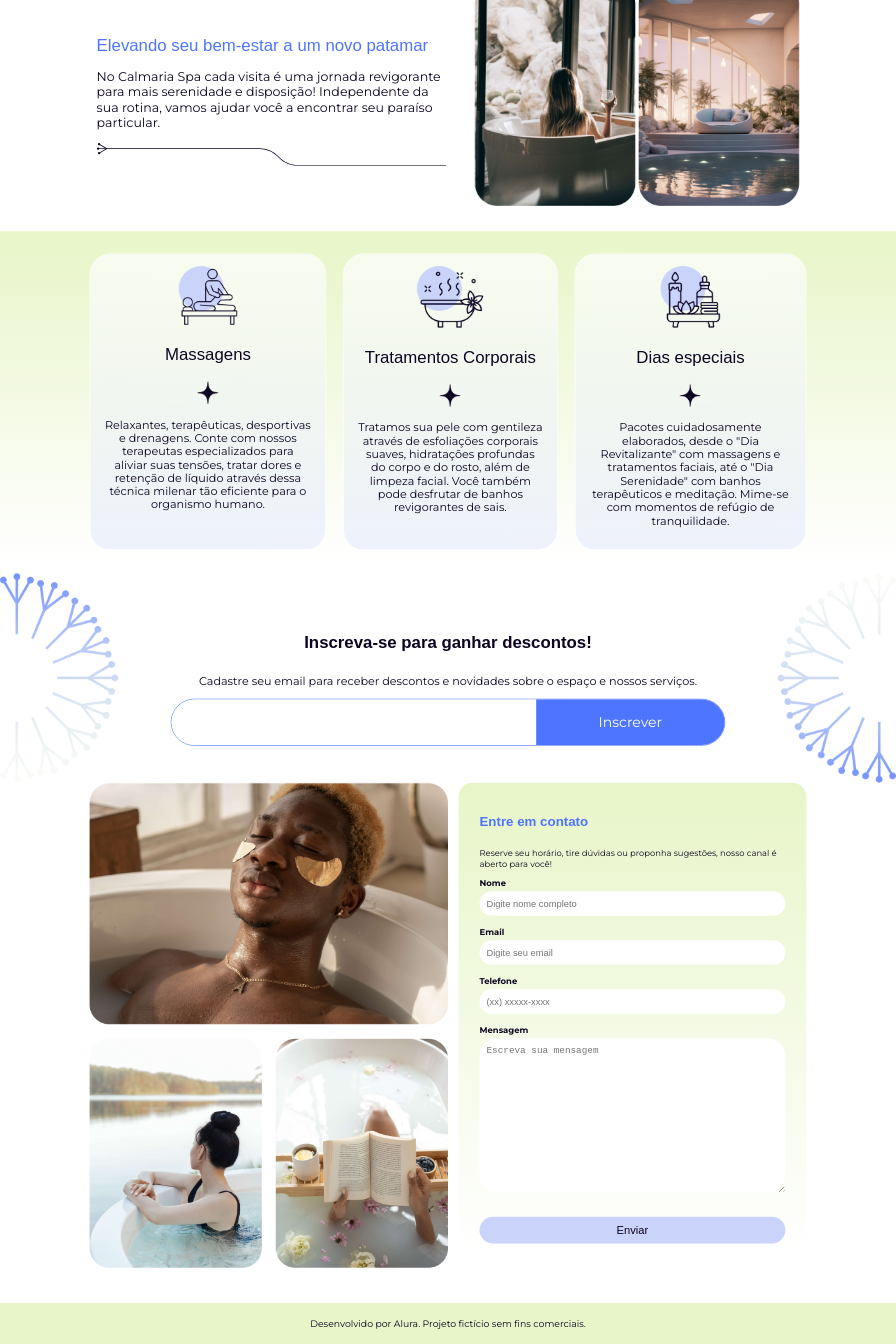
Repository: joaoPraiaJunior/curso-sass
Page: index.html
An editor plug-in stored every save of this project. The page is shown before and after the next save, followed by the edit.
The browser window is 1280 px wide. The pictures show the part of the page from y = 1266 to 3186 px (the page is 3186 px tall), at 70% of full size.
Some web fonts or font styles are not loaded; a fallback is used. The style sheet was rebuilt from its Sass, Less or Tailwind sources for each picture, by a compiler version that may differ from the author's.

Above is the page before, as saved 2024-07-06 19:54:42.

### index.html
<!DOCTYPE html>
<html lang="pt-BR">

<head>
    <meta charset="UTF-8">
    <meta name="viewport" content="width=device-width, initial-scale=1.0">
    <link rel="stylesheet" href="/styles/styles.css">
    <link rel="preconnect" href="https://fonts.googleapis.com">
    <link rel="preconnect" href="https://fonts.gstatic.com" crossorigin>
    <link href="https://fonts.googleapis.com/css2?family=Krona+One&family=Montserrat:wght@400;600;700&display=swap" rel="stylesheet">
    <title>Calmaria</title>
</head>

<body>
    <header>
        <img src="./assets/logo.png" alt="logo">
        <nav>
            <ul>
                <li><a href="#nosso-espaco">Nosso espaço</a></li>
                <li><a href="#servico">Servicos</a></li>
                <li><a href="#contatos">Contato</a></li>
            </ul>
        </nav>
    </header>
    <main>
        <section id="home">
            <div class="home-conteudo">
                <div class="textos-home">
                    <h1>Boas-vindas ao seu refúgio de <span> paz e bem-estar</span></h1>
                    <button class="btn-main">Quero relaxar!</button>
                </div>
                <div class="img-home">
                    <img src="/assets/home-image.png" alt="Mulher de bruços recebendo massagem nas costas">
                </div>
            </div>
        </section>
        <section id="nosso-espaco">
            <div class="detalhes">
                <div class="imgs-espaco">
                    <img class="img-espaco" src="/assets/espaco-1.png" alt="Espaço iluminado pelo sol com design futurista composto por piscina e plantas">
                </div>
                <div class="espaco-textos">
                    <h2 class="titulo">Tecnologia e natureza potencializando seu relaxamento</h2>
                    <p class="infos">Oferecemos equipamentos de ponta, produtos certificados e uma equipe de
                        profissionais ultra qualificados para dissipar seu estresse e ajudar você na busca por
                        equilíbrio e tranquilidade.</p>
                    <img class="separador" src="./assets/separador-direita.svg" alt="separador de seções">
                </div>
            </div>
            <div class="detalhes">
                <div class="imgs-espaco">
                    <img class="img-espaco" src="/assets/espaco-2.png" alt="Mulher sentada numa banheira com uma taça na mão">
                    <img class="img-espaco" src="/assets/espaco-3.png" alt="Espaço com uma piscina e um sofá ao fundo">
                </div>
                <div class="espaco-textos">
                    <h2 class="titulo">Elevando seu bem-estar a um novo patamar</h2>
                    <p class="infos">No Calmaria Spa cada visita é uma jornada revigorante para mais serenidade e
                        disposição! Independente da sua rotina, vamos ajudar você a encontrar seu paraíso
                        particular.</p>
                    <img class="separador" src="./assets/separador-esquerda.svg" alt="separador de seções">
                </div>
            </div>
        </section>
        <section id="servico">

            <div class="cards">
                <div class="card">
                    <img src="/assets/icon-massagem.png" alt="Icone de massagem">
                    <h3 class="card-titulo">Massagens</h3>
                    <img src="./assets/Soft-Star.png" alt="soft star">
                    <p class="card-texto">Relaxantes, terapêuticas, desportivas e drenagens. Conte com nossos
                        terapeutas especializados para aliviar suas tensões, tratar dores e retenção de líquido
                        através
                        dessa técnica milenar tão eficiente para o organismo humano.</p>
                </div>
                <div class="card">
                    <img src="/assets/icon-tratamentos.png" alt="Icone de tratamento com figura de uma banheira">
                    <h3 class="card-titulo">Tratamentos Corporais</h3>
                    <img src="./assets/Soft-Star.png" alt="soft star">
                    <p class="card-texto">Tratamos sua pele com gentileza através de esfoliações corporais suaves,
                        hidratações profundas do corpo e do rosto, além de limpeza facial. Você também pode
                        desfrutar de
                        banhos revigorantes de sais.</p>
                </div>
                <div class="card">
                    <img src="/assets/icon-dias-especiais.png" alt="Icone de Dias especiais com figura de produtos">
                    <h3 class="card-titulo">Dias especiais</h3>
                    <img src="./assets/Soft-Star.png" alt="soft star">
                    <p class="card-texto">Pacotes cuidadosamente elaborados, desde o "Dia Revitalizante" com
                        massagens e tratamentos faciais, até o "Dia Serenidade" com banhos terapêuticos e meditação.
                        Mime-se com momentos de refúgio de tranquilidade.</p>
                </div>
            </div>

        </section>
        <section id="desconto">
            <img src="/assets/mandala-esquerda.png" alt="Mandala lado esquerdo">
            <div class="desconto-form">
                <h4>Inscreva-se para ganhar descontos!</h4>
                <p>Cadastre seu email para receber descontos e novidades sobre o espaço e nossos serviços.</p>
                <div class="input-btn">
                    <input type="email">
                    <button type="submit">Inscrever</button>
                </div>
            </div>
            <img src="/assets/mandala-direita.png" alt="Mandala lado direito">
        </section>
        <section id="contatos">
            <div class="contatos-imgs">
                <img src="/assets/contato-img-1.png" alt="Homem deitado em banheira">
                <img src="/assets/contato-img-2.png" alt="Mulher olhando para o horizonte dentro de uma banheira">
                <img src="/assets/contato-img-3.png" alt="Visão superior de um livro nas mãos de uma pessoa dentro de uma banheira">
            </div>
            <div class="contatos-form">
                <h4 class="titulo">Entre em contato</h4>
                <p class="infos">Reserve seu horário, tire dúvidas ou proponha sugestões, nosso canal é aberto para
                    você!</p>
                <form class="inputs">
                    <div class="form-group">
                        <label for="nomeContato">Nome</label>
                        <input type="text" id="nomeContato" placeholder="Digite nome completo">
                    </div>
                    <div class="form-group">
                        <label for="emailContato">Email</label>
                        <input type="email" id="emailContato" placeholder="Digite seu email">
                    </div>
                    <div class="form-group">
                        <label for="telefoneContato">Telefone</label>
                        <input type="text" id="telefoneContato" placeholder="(xx) xxxxx-xxxx">
                    </div>
                    <div class="form-group">
                        <label for="mensagemContato">Mensagem</label>
                        <textarea id="mensagemContato" placeholder="Escreva sua mensagem"></textarea>
                    </div>
                    <button class="btn">Enviar</button>
                </form>
            </div>
        </section>
    </main>
    <footer>
        <small>Desenvolvido por Alura. Projeto fictício sem fins comerciais.</small>
    </footer>
</body>

</html>

### styles/styles.scss
@use './abstract/root';

@use './components/header';
@use './components/home';
@use './components/nosso-espaco';
@use './components/servicos';
@use './components/desconto';
@use './components/contato';
@use './components/_footer.sass';

### styles/abstract/_root.scss
html {
  font-size: 62.5%;
}

body {
  font-size: 1.6rem;
  margin: 0;
  padding: 0;
  box-sizing: border-box;
}

### styles/components/_header.scss
@use "../abstract/variaveis";
@use "../abstract/mixins";

header {
  display: flex;
  flex-direction: column;
  align-items: center;
  gap: 1.6rem;
  background-color: variaveis.$cor-quaternaria;
  padding: 3.2rem;

  nav {
    border-top: 1px solid variaveis.$cor-primaria;
    width: 80%;

    ul {
      display: flex;
      justify-content: center;
      gap: 4.8rem;
      padding: 0;
      li {
        list-style-type: none;
        a {
            @include mixins.estilos-fontes(variaveis.$ft-textos, 2.2rem, variaveis.$cor-primaria);
          font-weight: 500;
          text-decoration: none;
          transition: all .1s ease-in-out;
          &:hover {
            font-weight: bolder;
          }
        }
      }
    }
  }
}

### styles/abstract/_variaveis.scss
//Variáveis
//Cores
$cor-primaria: #0C0421;
$cor-secundaria: #4e75ff;
$cor-terciaria: #85a0ff;
$cor-quaternaria: #E8F5C8;
$cor-default: #CAD4FA;
$gradiente-primario: linear-gradient(180deg, #E8F5C8 0%, #FFFFFF 96.87%);
$gradiente-secundario: linear-gradient(180deg, rgba(255, 255, 255, 0.7) 0%, rgba(202, 212, 250, 0.3) 100%);
//Fontes
$ft-textos: 'Montserrat', sans-serif;
$ft-titulos: 'Krona One', sans-serif;

### styles/abstract/_mixins.scss
@mixin margem-centralizada($width) {
    width: $width;
    margin: 0 auto;
}

@mixin estilos-fontes($font-family, $font-size, $font-color) {
    font-family: $font-family;
    font-size: $font-size;
    color: $font-color;
}

### styles/components/_home.scss
@use "../abstract/variaveis";
@use "../abstract/mixins";

#home {
  background: variaveis.$gradiente-primario;

  .home-conteudo {
    display: flex;
    align-items: center;
    @include mixins.margem-centralizada(80%);
    max-width: 1040px;
    .textos-home {
      max-width: 464px;
      h1 {
        font-family: variaveis.$ft-titulos;
        font-size: 4.2rem;
        color: variaveis.$cor-primaria;
        margin-bottom: 3.2rem;
        span {
          color: variaveis.$cor-secundaria;
        }
      }

      .btn-main {
        font-family: variaveis.$ft-textos;
        font-size: 2.2rem;
        font-weight: 600;
        color: variaveis.$cor-quaternaria;
        background-color: variaveis.$cor-secundaria;
        width: 28rem;
        border: none;
        padding: 2.4rem;
        border-radius: 40px;
        cursor: pointer;
        transition: all .3s ease-in-out;

        &:hover {
          color: variaveis.$cor-primaria;
          background-color: variaveis.$cor-default;
        }
      }
    }

    .img-home {
      max-width: 474px;
      img {
        width: 100%;
      }
    }
  }
}

### styles/components/_nosso-espaco.scss
@use "../abstract/variaveis";
@use "../abstract/mixins";

#nosso-espaco {
    @include mixins.margem-centralizada(80%);
    .detalhes {
        display: inline-flex;
        align-items: center;
        justify-content: space-around;
        gap: 2rem;
        width: 100%;
        padding: 3.2rem 0;
        .imgs-espaco {
            max-width: 500px;
        }

        .espaco-textos {
            @extend .imgs-espaco;
            .titulo {
                @include mixins.estilos-fontes(variaveis.$ft-titulos, 2.4rem, variaveis.$cor-secundaria);
                font-weight: 500;
            }

            .infos {
                @include mixins.estilos-fontes(variaveis.$ft-textos, 1.8rem, variaveis.$cor-primaria);
            }
            .separador {
                width: 100%;
            }
        }
        &:nth-child(2) {
            flex-direction: row-reverse;
        }
    }
}

### styles/components/_servicos.scss
@use "../abstract/variaveis";
@use "../abstract/mixins";

#servico {
    background: variaveis.$gradiente-primario;

    .cards {
        display: flex;
        gap: 2.4rem;
        @include mixins.margem-centralizada(80%);
        padding: 3.2rem 0;

        .card {
            background: variaveis.$gradiente-secundario;
            text-align: center;
            border: 1px solid #fff;
            padding: 1.6rem 2rem;
            border-radius: 3rem;

            &-titulo {
                @include mixins.estilos-fontes(variaveis.$ft-titulos, 2.4rem, variaveis.$cor-primaria);
                font-weight: 500;
            }
            &-texto {
                @include mixins.estilos-fontes(variaveis.$ft-textos, 1.6rem, variaveis.$cor-primaria);
            }
        }
    }
}

### styles/components/_desconto.scss
@use "../abstract/variaveis";
@use "../abstract/mixins";

#desconto {
  display: flex;
  align-items: center;
  justify-content: space-between;
  text-align: center;

  h4 {
    @include mixins.estilos-fontes(
      variaveis.$ft-titulos,
      2.4rem,
      variaveis.$cor-primaria
    );
  }
  p {
    @include mixins.estilos-fontes(
      variaveis.$ft-textos,
      1.6rem,
      variaveis.$cor-primaria
    );
  }

  .input-btn {
    display: inline-flex;
    $largura-input: 790px;
    width: $largura-input;
    height: 65px;
    margin: 0 auto;
    border: 1px solid variaveis.$cor-secundaria;
    border-radius: 65px;

    input {
        @include mixins.estilos-fontes(variaveis.$ft-textos, 1.6rem, variaveis.$cor-primaria);
        width: calc($largura-input  * 0.65);
        border: none;
        padding-left: 2rem;
        border-radius: 65px 0 0 65px;
        outline: none;
    }
    button {
        background-color: variaveis.$cor-secundaria;
        @include mixins.estilos-fontes(variaveis.$ft-textos, 2rem, #fff);
        width: calc($largura-input  * 0.35);
        border: none;
        border-radius: 0 65px 65px 0;
        cursor: pointer;
    }
  }
}

### styles/components/_contato.scss
@use "../abstract/variaveis";
@use "../abstract/mixins";

#contatos {
  display: flex;
  justify-content: space-between;
  gap: 1.5rem;
  @include mixins.margem-centralizada(80%);

  .contatos-imgs {
    display: flex;
    justify-content: space-around;
    flex-direction: row;
    flex-wrap: wrap;
    gap: 2rem;
    max-width: 50%;
    img {
      width: 100%;

      &:nth-child(n + 2) {
        width: 48%;
      }
    }
  }

  .contatos-form {
    background: variaveis.$gradiente-primario;
    max-width: 50%;
    padding: 2rem 3rem;
    border-radius: 2rem;
    .titulo {
      @include mixins.estilos-fontes(
        variaveis.$ft-titulos,
        1.9rem,
        variaveis.$cor-secundaria
      );
    }
    .infos {
      @include mixins.estilos-fontes(
        variaveis.$ft-textos,
        1.2rem,
        variaveis.$cor-primaria
      );
    }

    .inputs {
      display: flex;
      flex-direction: column;
      align-items: flex-start;
      gap: 1.5rem;
      .form-group {
        display: flex;
        flex-direction: column;
        gap: 0.5rem;
        width: 100%;
        label {
          @extend .infos;
          font-weight: bolder;
        }

        input {
          border: none;
          padding: 1rem;
          border-radius: 25px;
          outline-color: variaveis.$cor-secundaria;
        }

        textarea {
          height: 200px;
          @extend input;
        }
      }

      .btn {
        font-size: 1.6rem;
        color: variaveis.$cor-primaria;
        background: variaveis.$cor-default;
        width: 100%;
        margin-top: 2rem;
        border: none;
        padding: 1rem;
        border-radius: 25px;
        transition: 0.3s;
        cursor: pointer;
        &:hover {
          color: #fff;
          background: variaveis.$cor-secundaria;
        }
      }
    }
  }
}

### styles/components/_footer.sass
@use '../abstract/variaveis'
@use '../abstract/mixins'

footer
    @include mixins.estilos-fontes(variaveis.$ft-textos, 1.6rem, variaveis.$cor-primaria)
    text-align: center
    background: variaveis.$cor-quaternaria
    margin-top: 5rem
    padding: 2rem

After the next save:
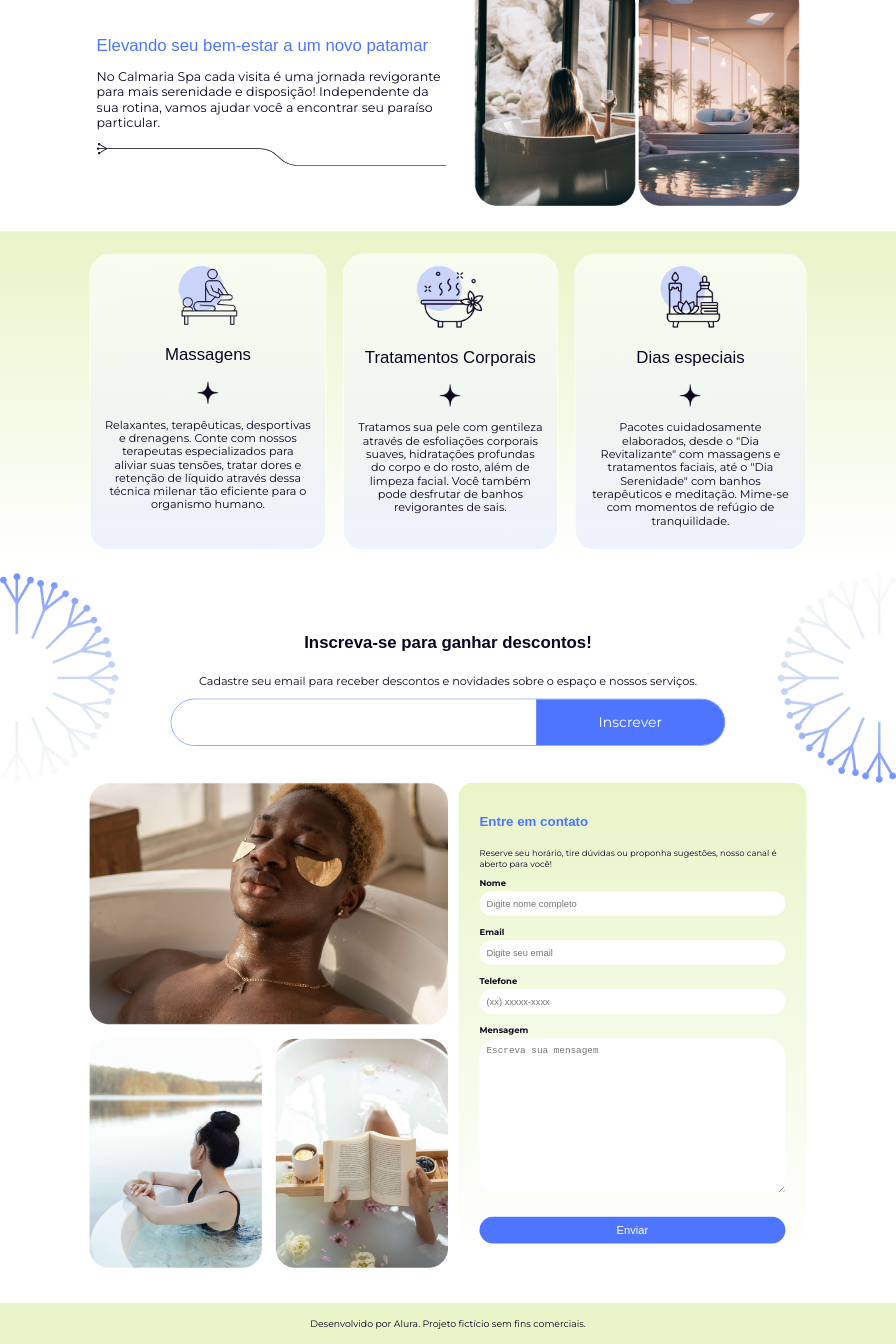
Saved 2 min 32 s later.
--- a/styles/components/_contato.scss
+++ b/styles/components/_contato.scss
@@ -73,8 +73,8 @@
 
       .btn {
         font-size: 1.6rem;
-        color: variaveis.$cor-primaria;
-        background: variaveis.$cor-default;
+        color: #fff;
+        background: variaveis.$cor-secundaria;
         width: 100%;
         margin-top: 2rem;
         border: none;
@@ -83,7 +83,7 @@
         transition: 0.3s;
         cursor: pointer;
         &:hover {
-          color: #fff;
+          color: variaveis.$cor-primaria;
           background: variaveis.$cor-secundaria;
         }
       }
